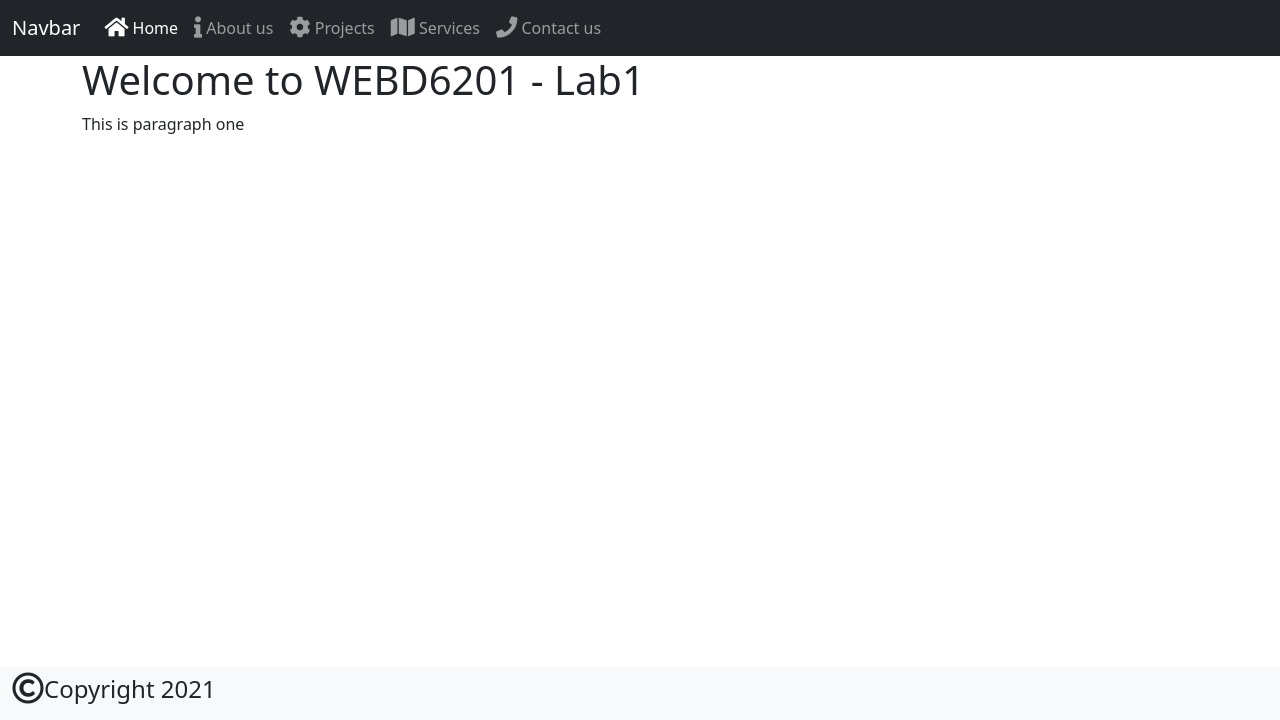
Repository: Hasib001/WEBD6201---W2021---ICE-1
Page: About.html
An editor plug-in stored every save of this project. The page is shown before and after the next save, followed by the edit.
The browser window is 1280 px wide. The pictures show the whole page.

Above is the page before, as saved 2021-02-06 14:29:45.

### About.html
<!DOCTYPE html>
<html lang="en">
<head>
    <meta charset="UTF-8">
    <meta name="viewport" content="width=device-width, initial-scale=1.0">
    <title>WEBD6201 - W2021 - ICE 1</title>
    <!--CSS Section -->
    <link rel="stylesheet" href="./node_modules/bootstrap/dist/css/bootstrap.min.css">
    <link rel="stylesheet" href="./node_modules/@fortawesome/fontawesome-free/css/all.css">
    <link rel="stylesheet" href="./Content/app.css" >
</head>
<body>

    <header>
        <nav class="navbar navbar-expand-lg navbar-dark bg-dark">
            <div class="container-fluid">
              <a class="navbar-brand" href="#">Navbar</a>
              <button class="navbar-toggler" type="button" data-bs-toggle="collapse" data-bs-target="#navbarSupportedContent" aria-controls="navbarSupportedContent" aria-expanded="false" aria-label="Toggle navigation">
                <span class="navbar-toggler-icon"></span>
              </button>
              <div class="collapse navbar-collapse" id="navbarSupportedContent">
                <ul class="navbar-nav me-auto mb-2 mb-lg-0">
                  <li class="nav-item">
                    <a class="nav-link active" aria-current="page" href="#"><i class="fas fa-home fa-lg"></i> Home</a>
                  </li>

                  <li class="nav-item">
                    <a class="nav-link" aria-current="page" href="#"><i class="fas fa-info fa-lg"></i> About us</a>
                  </li>

                  <li class="nav-item">
                    <a class="nav-link" aria-current="page" href="#"><i class="fas fa-cog fa-lg"></i> Projects</a>
                  </li>

                  <li class="nav-item">
                    <a class="nav-link" aria-current="page" href="#"><i class="fas fa-map fa-lg"></i> Services</a>
                  </li>

                  <li class="nav-item">
                    <a class="nav-link" aria-current="page" href="#"><i class="fas fa-phone fa-lg"></i> Contact us</a>
                  </li>

                </ul>

              </div>
            </div>
          </nav>

    </header>

    <div>
        <main class="container">
            <h1>Welcome to WEBD 6201</h1>
            <p id="paragraphOne"></p>
        </main>
    </div>

    <footer>
        <nav class="navbar fixed-bottom navbar-light bg-light">
            <div class="container-fluid">
              <h4><i class="far fa-copyright fa-lg"></i>Copyright 2021</h4>
            </div>
          </nav>

    </footer>


    <!--JAvascript section-->
    <script src="./node_modules/jquery/dist/jquery.min.js"></script>
    <script src="./node_modules/bootstrap/dist/js/bootstrap.bundle.min.js"></script>
    <script src="./Scripts/app.js" > </script>

</body>
</html>

### Content/app.css
/* css code goes here */

### Scripts/app.js
/* custom javaScript code goes here */

//IIFE - Immediately Invoked Function Expression
//AKA
//closure

"use strict";

(function()
{
    function Start()
    {
        console.log("App Started...");
        let paragraphOneText ="This is a simple site to demonstrate DOM Manipulation for ICE 1";

        let paragraphOneElement=document.getElementById("paragraphOne");

        paragraphOneElement.textContent=paragraphOneText;
        paragraphOneElement.className="fs-5";

        //step 1. document.create element
        let newParagraph = document.createElement("p");
        //step 2. configure element
        newParagraph.setAttribute("id","paragraphTwo");
        newParagraph.textContent="...and this is paragraph two";

        //step 3. select the parent element
        let mainContent = document.getElementsByTagName("main")[0];

        //step 4. Add/Insert the element
        mainContent.appendChild(newParagraph);

        newParagraph.className="fs-6";




        let paragraphDiv = document.createElement('div');
        let paragraphThree = '<p id="paragraphThree" class="fs-7 fw-bold">this is third paragraph</P>';
         paragraphDiv.innerHTML=paragraphThree;


        //insertion before paragraph
        //newParagraph.before(paragraphDiv);


        //insertion after
        newParagraph.after(paragraphDiv);

        //deletion
        //paragraphOneElement.remove();

        //update
        //mainContent.firstElementChild.textContent = "welcome home!";

        mainContent.innerHTML =
        `<h1 id="firstHeading" >Welcome to WEBD6201 - Lab1 </h1>
        <p id="paragraphOne">This is paragraph one</p>
        `








    }

    window.addEventListener("load",Start);
}

)();

Loaded but not shown: node_modules/bootstrap/dist/css/bootstrap.min.css (library); node_modules/@fortawesome/fontawesome-free/css/all.css (library); node_modules/jquery/dist/jquery.min.js (library); node_modules/bootstrap/dist/js/bootstrap.bundle.min.js (library)

After the next save:
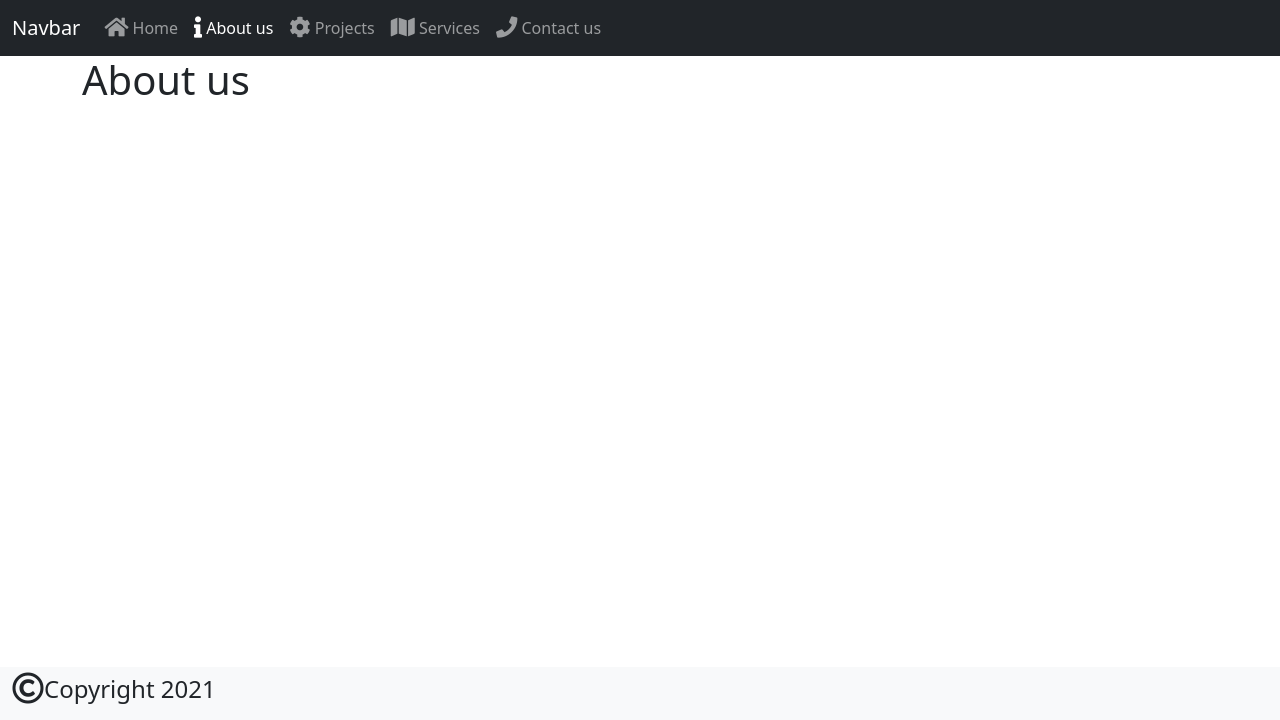
Console error: TypeError: Cannot set properties of null (setting 'textContent')
Saved 46 s later.
--- a/About.html
+++ b/About.html
@@ -3,14 +3,14 @@
 <head>
     <meta charset="UTF-8">
     <meta name="viewport" content="width=device-width, initial-scale=1.0">
-    <title>WEBD6201 - W2021 - ICE 1</title>
+    <title>About</title>
     <!--CSS Section -->
     <link rel="stylesheet" href="./node_modules/bootstrap/dist/css/bootstrap.min.css">
     <link rel="stylesheet" href="./node_modules/@fortawesome/fontawesome-free/css/all.css">
     <link rel="stylesheet" href="./Content/app.css" >
 </head>
 <body>
-
+  <!-- navigation-->
     <header>
         <nav class="navbar navbar-expand-lg navbar-dark bg-dark">
             <div class="container-fluid">
@@ -21,23 +21,23 @@
               <div class="collapse navbar-collapse" id="navbarSupportedContent">
                 <ul class="navbar-nav me-auto mb-2 mb-lg-0">
                   <li class="nav-item">
-                    <a class="nav-link active" aria-current="page" href="#"><i class="fas fa-home fa-lg"></i> Home</a>
+                    <a class="nav-link " aria-current="page" href="index.html"><i class="fas fa-home fa-lg"></i> Home</a>
                   </li>
 
                   <li class="nav-item">
-                    <a class="nav-link" aria-current="page" href="#"><i class="fas fa-info fa-lg"></i> About us</a>
+                    <a class="nav-link active" aria-current="page" href="About.html"><i class="fas fa-info fa-lg"></i> About us</a>
                   </li>
 
                   <li class="nav-item">
-                    <a class="nav-link" aria-current="page" href="#"><i class="fas fa-cog fa-lg"></i> Projects</a>
+                    <a class="nav-link" aria-current="page" href="Projects.html"><i class="fas fa-cog fa-lg"></i> Projects</a>
                   </li>
 
                   <li class="nav-item">
-                    <a class="nav-link" aria-current="page" href="#"><i class="fas fa-map fa-lg"></i> Services</a>
+                    <a class="nav-link" aria-current="page" href="Services.html"><i class="fas fa-map fa-lg"></i> Services</a>
                   </li>
 
                   <li class="nav-item">
-                    <a class="nav-link" aria-current="page" href="#"><i class="fas fa-phone fa-lg"></i> Contact us</a>
+                    <a class="nav-link" aria-current="page" href="Contact.html"><i class="fas fa-phone fa-lg"></i> Contact us</a>
                   </li>
 
                 </ul>
@@ -48,13 +48,14 @@
 
     </header>
 
+    <!--main content-->
     <div>
         <main class="container">
-            <h1>Welcome to WEBD 6201</h1>
-            <p id="paragraphOne"></p>
+            <h1>About us</h1>
         </main>
     </div>
 
+    <!--main footer-->
     <footer>
         <nav class="navbar fixed-bottom navbar-light bg-light">
             <div class="container-fluid">
